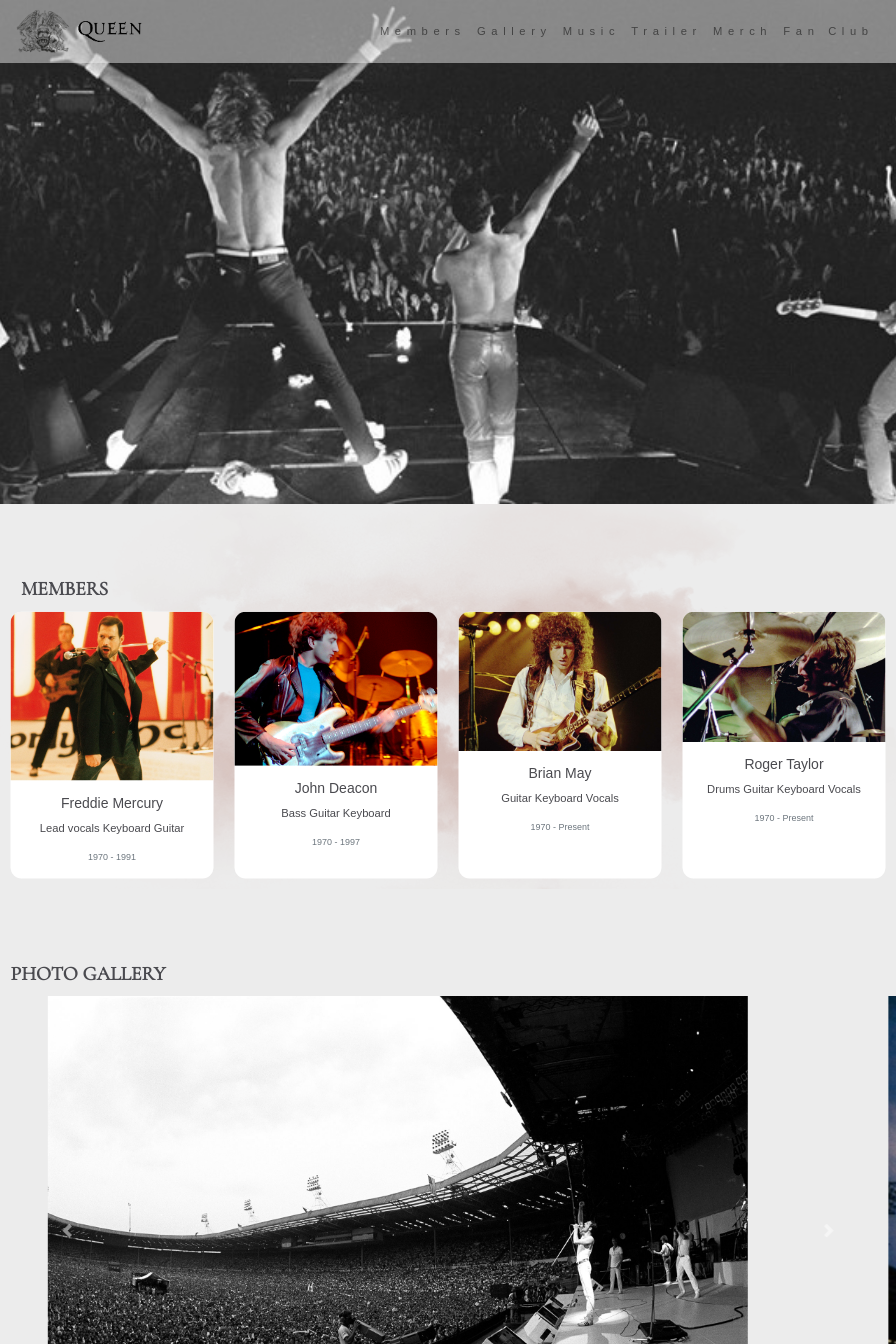
Repository: Olan1/Queen---The-Unofficial-Site
Page: index.html
The author's editor kept a record of every edit. The page is drawn from the files as they stood at one moment, then again after the next edit.
The browser window is 1280 px wide. The pictures show the part of the page from y = 0 to 1920 px (the page is 2846 px tall), at 70% of full size.
Backgrounds fixed to the window are drawn as part of the page.

Above is the page before.

### index.html
<!DOCTYPE html>
<html lang="en">

<head>
    <meta charset="UTF-8">
    <meta name="viewport" content="width=device-width, initial-scale=1.0">
    <meta http-equiv="X-UA-Compatible" content="ie=edge">
    <link rel="stylesheet" href="https://stackpath.bootstrapcdn.com/bootstrap/4.3.1/css/bootstrap.min.css">
    <link rel="stylesheet" href="https://stackpath.bootstrapcdn.com/font-awesome/4.7.0/css/font-awesome.min.css">
    <link rel="stylesheet" href="assets/css/style.css">
    <title>Queen</title>
</head>

<body>

    <!--Header-->
    <div id="home" class="container-fluid header-container">
        <nav class="navbar navbar-expand-lg navbar-light nav-bg-color fixed-top">

            <a href="#home" class="navbar-brand">
                <img class="img-fluid" src="assets/images/header/queen-coat-of-arms.png">
                <img class="img-fluid" src="assets/images/header/queen-logo.png">
            </a>

            <button class="navbar-toggler ml-auto mr-2" type="button" data-toggle="collapse" data-target="#navbarNavDropdown" aria-controls="navbarNavDropdown" aria-expanded="false" aria-label="Toggle navigation">
                <i class="fa fa-bars"></i>
            </button>

            <div class="collapse navbar-collapse justify-content-end" id="navbarNavDropdown">

                <ul class="navbar-nav mr-2">
                    <li class="nav-item "><a href="#members" class="nav-link">Members</a></li>

                    <li class="nav-item">
                        <div class="dropdown show">
                            <a class="dropdown-toggle nav-link" href="#" role="button" id="dropdownMenuLink" data-toggle="dropdown" aria-haspopup="true" aria-expanded="false">
                            Gallery
                        </a>

                            <div class="dropdown-menu" aria-labelledby="dropdownMenuLink">
                                <a class="dropdown-item" href="#photos">Photos</a>
                                <a class="dropdown-item" href="#videos">Videos</a>
                            </div>
                        </div>
                    </li>

                    <li class="nav-item"><a href="#music" class="nav-link">Music</a></li>

                    <li class="nav-item"><a href="#trailer" class="nav-link">Trailer</a></li>

                    <li class="nav-item"><a href="#merch" class="nav-link">Merch</a></li>

                    <li class="nav-item"><a href="#fan-club" class="nav-link">Fan Club</a></li>
                </ul>
            </div>
        </nav>
    </div>
    <!-- /.Header -->


    <!--Band Members Section-->
    <section id="members" class="container-fluid members-container">

        <h3 class="uppercase">Members</h3>

        <div class="card-deck">
            <div class="row no-gutters">
                <div class="col-md-6 col-xl-3 d-flex align-items-stretch">

                    <div class="card">
                        <img class="card-img-top img-fluid" src="assets/images/members/freddie-mercury.png" alt="Card image cap">
                        <div class="card-body align-center">
                            <h5 class="card-title">Freddie Mercury</h5>
                            <p class="card-text">Lead vocals Keyboard Guitar</p>
                            <p class="card-text"><small class="text-muted">1970 - 1991</small></p>
                        </div>
                    </div>
                </div>


                <div class="col-md-6 col-xl-3 d-flex align-items-stretch">
                    <div class="card">
                        <img class="card-img-top img-fluid" src="assets/images/members/john-deacon.png" alt="Card image cap">
                        <div class="card-body align-center">
                            <h5 class="card-title">John Deacon</h5>
                            <p class="card-text">Bass Guitar Keyboard</p>
                            <p class="card-text"><small class="text-muted">1970 - 1997</small></p>
                        </div>
                    </div>
                </div>

                <div class="col-md-6 col-xl-3 d-flex align-items-stretch">
                    <div class="card">
                        <img class="card-img-top img-fluid" src="assets/images/members/brian-may.png" alt="Card image cap">
                        <div class="card-body align-center">
                            <h5 class="card-title">Brian May</h5>
                            <p class="card-text">Guitar Keyboard Vocals</p>
                            <p class="card-text"><small class="text-muted">1970 - Present</small></p>
                        </div>
                    </div>
                </div>

                <div class="col-md-6 col-xl-3 d-flex align-items-stretch">
                    <div class="card">
                        <img class="card-img-top img-fluid" src="assets/images/members/roger-taylor.png" alt="Card image cap">
                        <div class="card-body align-center">
                            <h5 class="card-title">Roger Taylor</h5>
                            <p class="card-text">Drums Guitar Keyboard Vocals</p>
                            <p class="card-text"><small class="text-muted">1970 - Present</small></p>
                        </div>
                    </div>
                </div>
            </div>
        </div>
    </section>
    <!-- /.Band Members Section-->


    <!--Photos Section-->
    <section id="photos" class="photos-container opaque-overlay">

        <h3 class="uppercase">Photo Gallery</h3>

        <!--Code source: https://getbootstrap.com/docs/4.0/components/carousel/ -->
        <div id="carouselIndicators" class="carousel slide" data-ride="carousel">
            <div class="carousel-inner">
                <div class="carousel-item active">
                    <img class="d-block img-fluid m-auto" src="assets/images/photos/live-sideview.png" alt="First slide">
                </div>

                <div class="carousel-item">
                    <img class="d-block img-fluid m-auto" src="assets/images/photos/live-color-1.png" alt="Second slide">
                </div>

                <div class="carousel-item">
                    <img class="d-block img-fluid m-auto" src="assets/images/photos/freddie-backward-pose.png" alt="Third slide">
                </div>

                <div class="carousel-item">
                    <img class="d-block img-fluid m-auto" src="assets/images/photos/live-color-2.png" alt="Fourth slide">
                </div>

                <div class="carousel-item">
                    <img class="d-block img-fluid m-auto" src="assets/images/photos/live-1.png" alt="Fifth slide">
                </div>

                <div class="carousel-item">
                    <img class="d-block img-fluid m-auto" src="assets/images/photos/live-color-3.png" alt="Sixth slide">
                </div>

                <div class="carousel-item">
                    <img class="d-block img-fluid m-auto" src="assets/images/photos/live-2.png" alt="Seventh slide">
                </div>

                <div class="carousel-item">
                    <img class="d-block img-fluid m-auto" src="assets/images/photos/live-color-4.png" alt="Eight slide">
                </div>
            </div>
            <a class="carousel-control-prev" href="#carouselIndicators" role="button" data-slide="prev">
                <span class="carousel-control-prev-icon" aria-hidden="true"></span>
                <span class="sr-only">Previous</span>
            </a>
            <a class="carousel-control-next" href="#carouselIndicators" role="button" data-slide="next">
                <span class="carousel-control-next-icon" aria-hidden="true"></span>
                <span class="sr-only">Next</span>
            </a>
        </div>

    </section>
    <!-- /.Photos Section-->


    <!--Videos Section-->
    <section id="videos">

    </section>
    <!-- /.Videos Section-->


    <!--Music Section-->
    <section id="music">

    </section>
    <!-- /.Music Section-->


    <!--Trailer Section-->
    <section id="trailer">

    </section>
    <!-- /.Movie Section-->


    <!--Merchandise Shop Section-->
    <section id="merch">

    </section>
    <!-- /.Merchandise Shop Section-->


    <!--Fan Club Signup Section-->
    <section id="fan-club">

    </section>
    <!-- /.Fan Club Signup Section-->


    <!--Footer-->
    <footer id="footer" class="container-fluid">
        <div class="row no-gutters footer-bg-color">

            <div class="col-sm-4 align-center pb-2">
                <h5 class="uppercase pb-4">Get Queen Updates</h5>
                <form class="justify-content-center inline-block">
                    <div class="form-group">
                        <input type="email" class="form-control form-control-sm" id="emailUpdates" aria-describedby="emailHelp" placeholder="Email">
                    </div>
                    <button type="submit" class="btn my-btn">Submit</button>
                </form>
                <hr class="divider d-sm-none">
            </div>

            <div class="col-sm-4 align-center pb-2">
                <a href="#home">
                    <img class="img-fluid footer-logo" src="assets/images/footer/queen-full-logo.png" alt="image unavailable">
                </a>
                <hr class="divider d-sm-none">
            </div>

            <div class="col-sm-4  align-center pb-2">
                <h5 class="uppercase pb-4">Social</h5>
                <ul class="list-inline social-links">
                    <li class="list-inline-item ">
                        <a href="https://www.facebook.com/Queen/" target="_blank">
                            <i class="fa fa-facebook"></i>
                            <span class="sr-only">Facebook</span>
                        </a>
                    </li>
                    <li class="list-inline-item">
                        <a href="https://twitter.com/QueenWillRock?ref_src=twsrc%5Egoogle%7Ctwcamp%5Eserp%7Ctwgr%5Eauthor" target="_blank">
                            <i class="fa fa-twitter"></i>
                            <span class="sr-only">Twitter</span>
                        </a>
                    </li>
                    <li class="list-inline-item">
                        <a href="https://www.instagram.com/officialqueenmusic/" target="_blank">
                            <i class="fa fa-instagram"></i>
                            <span class="sr-only">Instagram</span>
                        </a>
                    </li>
                </ul>
                <ul class="list-inline social-links">
                    <li class="list-inline-item">
                        <a href="https://www.youtube.com/user/queenofficial/videos?app=desktop" target="_blank">
                            <i class="fa fa-youtube-play"></i>
                            <span class="sr-only">YouTube</span>
                        </a>
                    </li>
                    <li class="list-inline-item">
                        <a href="https://music.apple.com/us/artist/queen/3296287" target="_blank">
                            <i class="fa fa-apple"></i>
                            <span class="sr-only">Apple Music</span>
                        </a>
                    </li>
                    <li class="list-inline-item">
                        <a href="https://open.spotify.com/artist/1dfeR4HaWDbWqFHLkxsg1d" target="_blank">
                            <i class="fa fa-spotify"></i>
                            <span class="sr-only">Spotify</span>
                        </a>
                    </li>
                </ul>
                <hr class="divider d-sm-none">
            </div>

            <div class="col align-center">
                <hr class="d-none d-sm-block divider-long">
                <p><i class="fa fa-copyright"></i> 2019 Queen</p>
            </div>
        </div>
    </footer>
    <!-- /.Footer-->


    <script src="https://code.jquery.com/jquery-3.3.1.slim.min.js" integrity="sha384-q8i/X+965DzO0rT7abK41JStQIAqVgRVzpbzo5smXKp4YfRvH+8abtTE1Pi6jizo" crossorigin="anonymous"></script>
    <script src="https://cdnjs.cloudflare.com/ajax/libs/popper.js/1.14.7/umd/popper.min.js" integrity="sha384-UO2eT0CpHqdSJQ6hJty5KVphtPhzWj9WO1clHTMGa3JDZwrnQq4sF86dIHNDz0W1" crossorigin="anonymous"></script>
    <script src="https://stackpath.bootstrapcdn.com/bootstrap/4.3.1/js/bootstrap.min.js" integrity="sha384-JjSmVgyd0p3pXB1rRibZUAYoIIy6OrQ6VrjIEaFf/nJGzIxFDsf4x0xIM+B07jRM" crossorigin="anonymous"></script>
</body>

</html>

### assets/css/style.css
/*-------------------- Fonts*/

@import url('https://fonts.googleapis.com/css?family=Cormorant+Garamond&display=swap:100,200,300,400,500,600,700|Exo:100,200,300,400,500,600,700');





/*-------------------- Background Color*/

.nav-bg-color {
    background-color: rgba(236, 236, 236, .5);
}

.header-bg-color {
    background-color: rgba(236, 236, 236, .5);
}





/*-------------------- General*/

html {
    scroll-behavior: smooth;
    /*Source: w3schools - https://www.w3schools.com/howto/howto_css_smooth_scroll.asp#section1*/
}

body {
    margin: 0;
    padding: 0;
    font-family: 'Exo', sans-serif;
    color: #4a4a4f;
    background-color: rgb(236, 236, 236);
}

h1,
h2,
h3 {
    font-family: 'Cormorant Garamond', sans-serif;
    margin: 0;
    color: #4a4a4f;
    font-weight: 700;
    padding: 15px;
}

section{
    padding-top: 90px;
}

.align-center {
    display: inline-block;
    text-align: center;
}

.uppercase {
    text-transform: uppercase;
}

.inline-block {
    display: inline-block;
}




/*-------------------- Header / Navbar*/

.navbar {
    margin: 0;
    padding: 0 1rem;
    border: 0;
    width: 100%;
}

.navbar-light .navbar-nav {
    text-align: right;
    letter-spacing: 8px;
}

.header-container {
    background: url(../images/background/header.png) no-repeat 60% center;
    -webkit-background-size: cover;
    -moz-background-size: cover;
    -o-background-size: cover;
    background-size: cover;
    padding-bottom: 100vh;
    /*Based on code from Stack Overflow - https://stackoverflow.com/questions/43214466/resizing-background-image-with-bootstrap*/
}

.navbar-brand {
    padding: 0;
    margin: 0;
}

.navbar-toggler {
    font-size: 200%;
    border: none;
    transition: all 0.2s ease-in-out;
    -moz-transition: all 0.2s ease-in-out;
    -webkit-transition: all 0.2s ease-in-out;
    -o-transition: all 0.2s ease-in-out;
}

.navbar-toggler:hover {
    color: #bb4c02;
    transform: scale(1.2);
}

.navbar-toggler:focus {
    outline: none;
}

.navbar-light .navbar-nav .nav-link,
.navbar-light .navbar-nav .nav-link {
    transition: all 0.2s ease-in-out;
    -moz-transition: all 0.2s ease-in-out;
    -webkit-transition: all 0.2s ease-in-out;
    -o-transition: all 0.2s ease-in-out;
}

.navbar-light .navbar-nav .nav-link:focus,
.navbar-light .navbar-nav .nav-link:hover {
    color: #d35400;
    transform: scale(1.01);
}

.dropdown-toggle::after {
    content: none;
}

#dropdownMenuLink {
    color: rgba(0, 0, 0, .5);
    transition: all 0.2s ease-in-out;
    -moz-transition: all 0.2s ease-in-out;
    -webkit-transition: all 0.2s ease-in-out;
    -o-transition: all 0.2s ease-in-out;
}

#dropdownMenuLink:hover {
    color: #d35400;
    transform: scale(1.01);
}

.dropdown-menu.show {
    display: inline-block;
    background-color: rgba(236, 236, 236, .5);
}

.dropdown-menu {
    max-width: 8rem;
    text-align: center;
    background-color: rgba(236, 236, 236, .5);
    border: none;
    transition: all 0.2s ease-in-out;
    -moz-transition: all 0.2s ease-in-out;
    -webkit-transition: all 0.2s ease-in-out;
    -o-transition: all 0.2s ease-in-out;
}

.dropdown-item,
.dropdown-item {
    transition: all 0.2s ease-in-out;
    -moz-transition: all 0.2s ease-in-out;
    -webkit-transition: all 0.2s ease-in-out;
    -o-transition: all 0.2s ease-in-out;
}

.dropdown-item:focus,
.dropdown-item:hover {
    background-color: transparent;
    outline: none;
    color: #d35400;
    transform: scale(1.01);
}




/*-------------------- Members Section*/

.members-container {
    background: url(../images/background/red-smoke.png) no-repeat 60% center;
    -webkit-background-size: cover;
    -moz-background-size: cover;
    -o-background-size: cover;
    background-size: cover;
    /*Based on code from Stack Overflow - https://stackoverflow.com/questions/43214466/resizing-background-image-with-bootstrap*/
}

.card-deck .card{
    width: 100%;
    margin-bottom: 15px;
    border: none;
    border-radius: 1rem;
}

.card-deck .card .img-fluid{
    border-top-left-radius: 1rem;
    border-top-right-radius: 1rem;
}




/*-------------------- Photos Section*/






/*-------------------- Footer*/

footer {
    margin: 0;
    padding: 20px;
}

.social-links {
    padding-bottom: 15px;
}

.social-links li a i {
    width: 32px;
    height: 32px;
    padding: 12px 0;
    margin: 0 10px;
    border-radius: 50%;
    line-height: 7px;
    text-align: center;
    color: #fafafa;
    background-color: #d35400;
    transition: all 0.2s ease-in-out;
    -moz-transition: all 0.2s ease-in-out;
    -webkit-transition: all 0.2s ease-in-out;
    -o-transition: all 0.2s ease-in-out;
}

.social-links li a i:hover {
    background-color: #c55206;
    transform: scale(1.1);
}

form {
    max-width: 50%;
}

.divider {
    width: 70px;
}

.divider-long {
    width: 75vw;
}

#footer .row .my-btn {
    border-radius: 2rem;
    color: #fafafa;
    background-color: #d35400;
    padding: 5px 15px;
    transition: all 0.2s ease-in-out;
    -moz-transition: all 0.2s ease-in-out;
    -webkit-transition: all 0.2s ease-in-out;
    -o-transition: all 0.2s ease-in-out;
}

#footer .row .my-btn:hover {
    background-color: #c55206;
    transform: scale(1.1);
}

.my-btn:focus {
    box-shadow: 0 0 0 0.2rem rgba(200, 200, 200, 1);
}

After the next edit:
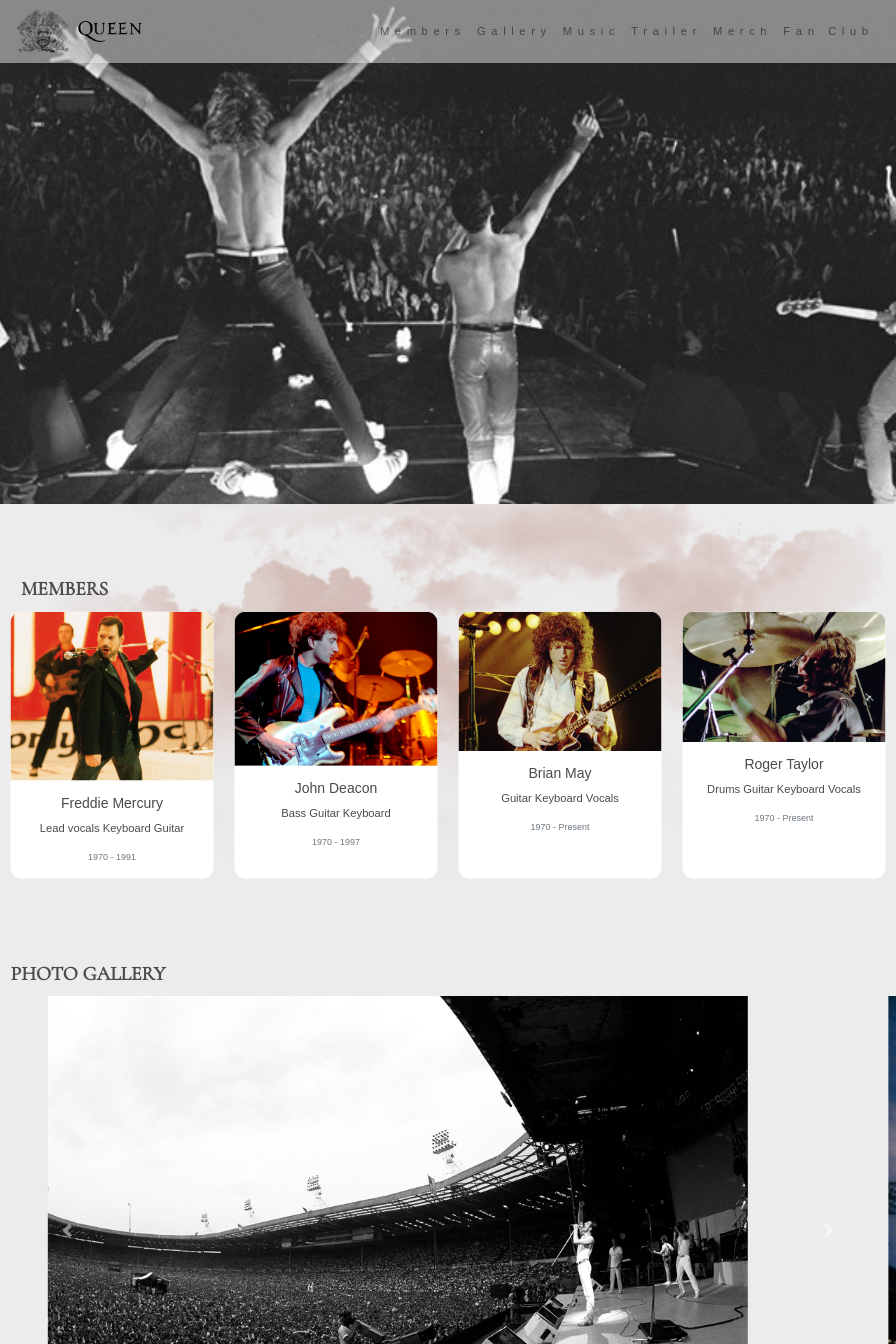
The edit:
--- a/assets/css/style.css
+++ b/assets/css/style.css
@@ -181,7 +181,7 @@
 /*-------------------- Members Section*/
 
 .members-container {
-    background: url(../images/background/red-smoke.png) no-repeat 60% center;
+    background: url(../images/background/red-smoke.png) no-repeat center 110% fixed;
     -webkit-background-size: cover;
     -moz-background-size: cover;
     -o-background-size: cover;
